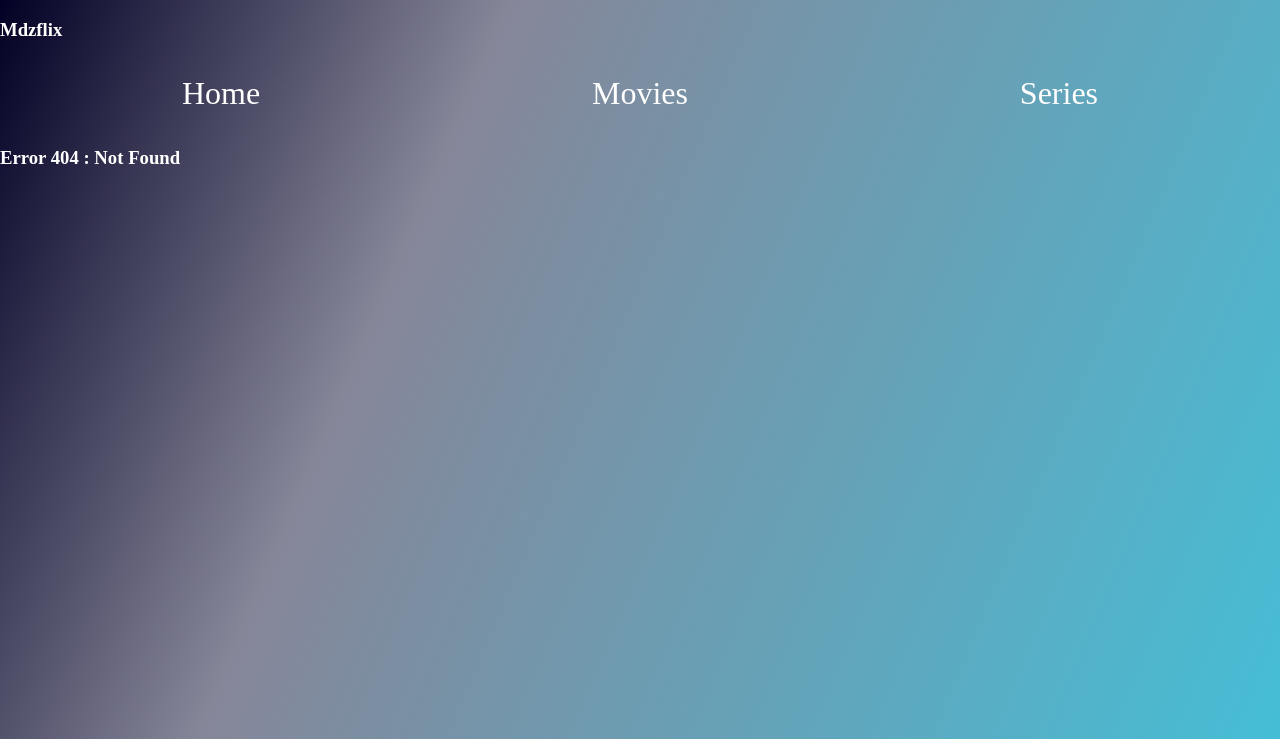
Repository: leo7mdz/app-movies-react
Page: /movies
An editor plug-in stored every save of this project. The page is shown before and after the next save, followed by the edit.
The browser window is 1280 px wide. The pictures show the whole page.
The page's requests for data from a server got no answer. The project was rebuilt for these pictures with package versions that can differ from the ones it lists, and the page was loaded fresh each time. No one was signed in, and anything a server would have sent is missing. Also part of the build but not shown: vite.config.js, src/components/details.module.css, src/pages/Details.jsx, src/components/Card.module.css, src/components/Card.jsx, src/components/GridCard.module.css, src/components/loader.module.css, src/components/Loader.jsx and 7 more.

Above is the page before, as saved 2023-03-13 15:33:20.

### src/App.jsx
import { BrowserRouter, Route, Routes } from "react-router-dom";
import "./app.css";
import NavBar from "./components/NavBar";
import MoviesProvider from "./context/MoviesContext";
import SeriesProvider from "./context/SeriesContext";
import Details from "./pages/Details";
import ErrorPage from "./pages/ErrorPage";
import Home from "./pages/Home";
import Series from "./pages/Series";

function App() {
  return (
    <BrowserRouter>
      <MoviesProvider>
        <SeriesProvider>
          <div className="app">
            <NavBar />

            <Routes>
              <Route path="/" element={<Home types="movie" />} />
              <Route path="/series" element={<Series types="tv" />} />
              <Route path="*" element={<ErrorPage />} />
              <Route path="/details/:type/:id" element={<Details />} />
            </Routes>
          </div>
        </SeriesProvider>
      </MoviesProvider>
    </BrowserRouter>
  );
}

export default App;

### src/index.css
body {
  margin: 0;
  min-height: 100vh;
  color: white;
  background: rgb(2,0,36);
  background: linear-gradient(113deg, rgba(2,0,36,1) 0%, rgba(134,134,153,1) 32%, rgba(69,190,214,1) 100%);
}

a {
  font-weight: 500;
  color: rgb(255,255,255);
  font-size: 2rem;
  text-decoration: none;
  display: block;
}
a:hover {
 transform: scale(1.1);
}
ul{
  display: flex;
  justify-content: space-around;
  list-style: none;
  margin-top: 0;
  margin-bottom: 0;
  padding:1rem;
  font-size: 1.2rem;
}

### src/app.css
.app{
    margin: 0;
    width: 100%;
    min-height: 100%;
}

### src/components/NavBar.jsx
import React from "react";
import { Link } from "react-router-dom";
import style from "./navBar.module.css";

const NavBar = () => {
  return (
    <nav className={style.nav}>
      <h3>Mdzflix</h3>
      <ul>
        <li>
          <Link to="/">Home</Link>
        </li>
        <li>
          <Link to="/movies">Movies</Link>
        </li>
        <li>
          <Link to="/series">Series</Link>
        </li>
      </ul>
    </nav>
  );
};

export default NavBar;

### src/context/MoviesContext.jsx
import { useContext } from "react";
import { createContext } from "react";
import useMoviesSearch from "../hooks/useMoviesSearch";

const MoviesContext = createContext();

export const contextMovies = () => {
  return useContext(MoviesContext);
};

const MoviesProvider = ({ children }) => {
  const { movies, page, totalPage, loading, setPage, error } =
    useMoviesSearch();

  const data = {
    movies,
    page,
    totalPage,
    loading,
    setPage,
    error,
  };

  return (
    <MoviesContext.Provider value={data}>{children}</MoviesContext.Provider>
  );
};

export default MoviesProvider;
//export { MoviesContext };

### src/context/SeriesContext.jsx
import { useContext } from "react";
import { createContext } from "react";

import useSeriesSearch from "../hooks/useSeriesSearch";

const SeriesContext = createContext();

export const contextSeries = () => {
  return useContext(SeriesContext);
};

const SeriesProvider = ({ children }) => {
  const { series, loading, error, page, totalPage, setPage } =
    useSeriesSearch();

  const data = {
    series,
    loading,
    error,
    page,
    totalPage,
    setPage,
  };
  return (
    <SeriesContext.Provider value={data}>{children}</SeriesContext.Provider>
  );
};

export default SeriesProvider;
//export { SeriesContext };

### src/pages/ErrorPage.jsx
import React from "react";

const ErrorPage = () => {
  return (
    <div>
      <h3>Error 404 : Not Found</h3>
    </div>
  );
};

export default ErrorPage;

### src/components/navBar.module.css
.nav{
    background-color: transparent;
}

### src/hooks/useMoviesSearch.js
import { useEffect, useReducer } from "react";
import moviesReducer, { MOVIES_INITIAL_STATE } from "../reducer/moviesReducer";
import MOVIES_ACTIONS from "../utils/movies-actions";
import apiFetch from "../utils/apiFetch";
import { useSearchParams } from "react-router-dom";
import { useDebounce } from "./useDebaunce";

const searchMovies = async (
  endpoint,
  search,
  page,
  startSearch,
  searchSuccess,
  searchError
) => {
  startSearch();

  const { success, data, statusCode } = await apiFetch(endpoint, search, page);

  if (success) {
    return searchSuccess(data.results, data.total_pages);
  }
  return searchError(`Error:${statusCode}`);
};

const useMoviesSearch = () => {
  const [moviesSearch, moviesDispatch] = useReducer(
    moviesReducer,
    MOVIES_INITIAL_STATE
  );

  const [query] = useSearchParams();
  const search = query.get("search");

  const debounce = useDebounce(search, 300);

  const endpoint = search ? "/search/movie" : `/movie/popular`;

  const startSearch = () => {
    moviesDispatch({ type: MOVIES_ACTIONS.START_SEARCH });
  };

  const searchSuccess = (movies, totalPage) => {
    moviesDispatch({
      type: MOVIES_ACTIONS.MOVIES_SEARCH_SUCCESS,
      movies,
      totalPage,
    });
  };

  const searchError = (error) => {
    moviesDispatch({ type: MOVIES_ACTIONS.MOVIES_SEARCH_ERROR, error });
  };

  const setPage = (page) => {
    moviesDispatch({ type: MOVIES_ACTIONS.MOVIES_SETPAGE, page });
  };

  useEffect(() => {
    searchMovies(
      endpoint,
      debounce,
      moviesSearch.page,
      startSearch,
      searchSuccess,
      searchError
    );
  }, [moviesSearch.page, debounce]);

  return {
    ...moviesSearch,
    setPage,
  };
};

export default useMoviesSearch;

### src/hooks/useSeriesSearch.js
import { useEffect } from "react";
import { useReducer } from "react";
import { useSearchParams } from "react-router-dom";
import seriesReducer, { SERIES_INITIAL_STATE } from "../reducer/seriesReducer";
import apiFetch from "../utils/apiFetch";
import SERIES_ACTIONS from "../utils/series-action";
import { useDebounce } from "./useDebaunce";

const searchSeries = async (
  endpoint,
  search,
  page,
  startSearch,
  successSearch,
  errorSearch
) => {
  startSearch();
  const { data, success, statusCode } = await apiFetch(endpoint, search, page);

  if (success) {
    return successSearch(data.results, data.total_pages);
  }
  return errorSearch(`Error : ${statusCode}`);

  //console.log(data);
};

const useSeriesSearch = () => {
  const [seriesSearch, seriesDispatch] = useReducer(
    seriesReducer,
    SERIES_INITIAL_STATE
  );

  const [query] = useSearchParams();
  const search = query.get("search");

  const endpoint = search ? `/search/tv` : `/tv/popular`;

  const debounce = useDebounce(search, 300);

  const startSearch = () => {
    seriesDispatch({ type: SERIES_ACTIONS.START_SEARCH_SERIES });
  };

  const successSearch = (series, totalPage) => {
    seriesDispatch({
      type: SERIES_ACTIONS.SERIES_SEARCH_SUCCESS,
      series,
      totalPage,
    });
  };

  const errorSearch = (error) => {
    seriesDispatch({ type: SERIES_ACTIONS.SERIES_SEARCH_SUCCESS, error });
  };

  const setPage = (page) => {
    seriesDispatch({ type: SERIES_ACTIONS.SERIES_SETPAGE, page });
  };

  useEffect(() => {
    searchSeries(
      endpoint,
      debounce,
      seriesSearch.page,
      startSearch,
      successSearch,
      errorSearch
    );
  }, [seriesSearch.page, debounce]);

  return {
    ...seriesSearch,
    setPage,
  };
};

export default useSeriesSearch;

### src/constants/api.js
export const API_HOST = "https://api.themoviedb.org/3";

export const API_KEY = "3e13254e67f6740db149cb7e98614a79";

export const IMG_PATH = "https://image.tmdb.org/t/p/w300/";

### src/utils/apiFetch.js
import { API_HOST, API_KEY } from "../constants/api.js";

const apiFetch = async (endpoint, search, page = 1) => {
  const urlEndpoint = search
    ? `${API_HOST}${endpoint}?api_key=${API_KEY}&page=${page}&query=${search}`
    : `${API_HOST}${endpoint}?api_key=${API_KEY}&page=${page}`;

  try {
    const res = await fetch(urlEndpoint);

    if (res.ok) {
      const data = await res.json();

      //console.log(data);
      return {
        success: true,
        data,
      };
    }

    return {
      success: false,
      statusCode: res.status,
    };
  } catch (error) {
    return {
      success: false,
      code: 500,
    };
  }
};

export default apiFetch;

### src/reducer/moviesReducer.js
import MOVIES_ACTIONS from "../utils/movies-actions";

const MOVIES_INITIAL_STATE = {
  movies: "",
  loading: false,
  error: undefined,
  page: 1,
  totalPages: 1,
};

const moviesReducer = (state, action) => {
  switch (action.type) {
    case MOVIES_ACTIONS.START_SEARCH: {
      return {
        ...state,
        loading: true,
      };
    }
    case MOVIES_ACTIONS.MOVIES_SEARCH_SUCCESS: {
      return {
        ...state,
        movies: action.movies,
        loading: false,
        totalPage: action.totalPage,
      };
    }
    case MOVIES_ACTIONS.MOVIES_SEARCH_ERROR: {
      return {
        ...state,
        error: action.error,
      };
    }
    case MOVIES_ACTIONS.MOVIES_SETPAGE: {
      return {
        ...state,
        page: action.page,
      };
    }
    default:
      return state;
  }
};

export { MOVIES_INITIAL_STATE };
export default moviesReducer;

### src/utils/movies-actions.js
const MOVIES_ACTIONS = {
  START_SEARCH: 0,
  MOVIES_SEARCH_SUCCESS: 1,
  MOVIES_SEARCH_ERROR: 2,
  MOVIES_SETPAGE: 3,
};

export default MOVIES_ACTIONS;

### src/hooks/useDebaunce.js
import { useEffect, useState } from "react";

export function useDebounce(value, delay) {
  // State and setters for debounced value
  const [debouncedValue, setDebouncedValue] = useState(value);
  useEffect(
    () => {
      // Update debounced value after delay
      const handler = setTimeout(() => {
        setDebouncedValue(value);
      }, delay);
      // Cancel the timeout if value changes (also on delay change or unmount)
      // This is how we prevent debounced value from updating if value is changed ...
      // .. within the delay period. Timeout gets cleared and restarted.
      return () => {
        clearTimeout(handler);
      };
    },
    [value, delay] // Only re-call effect if value or delay changes
  );
  return debouncedValue;
}

### src/reducer/seriesReducer.js
import SERIES_ACTIONS from "../utils/series-action";

const SERIES_INITIAL_STATE = {
  series: undefined,
  loading: false,
  error: null,
  page: 1,
  totalPage: 1,
};

const seriesReducer = (state, action) => {
  switch (action.type) {
    case SERIES_ACTIONS.START_SEARCH_SERIES: {
      return {
        ...state,
        loading: true,
      };
    }
    case SERIES_ACTIONS.SERIES_SEARCH_SUCCESS: {
      return {
        ...state,
        series: action.series,
        loading: false,
        totalPage: action.totalPage,
      };
    }
    case SERIES_ACTIONS.SERIES_SEARCH_ERROR: {
      return {
        ...state,
        error: action.error,
        loading: false,
      };
    }
    case SERIES_ACTIONS.SERIES_SETPAGE: {
      return {
        ...state,
        page: action.page,
      };
    }
    default:
      return state;
  }
};

export { SERIES_INITIAL_STATE };
export default seriesReducer;

### src/utils/series-action.js
const SERIES_ACTIONS = {
  START_SEARCH_SERIES: 0,
  SERIES_SEARCH_SUCCESS: 1,
  SERIES_SEARCH_ERROR: 2,
  SERIES_SETPAGE: 3,
};

export default SERIES_ACTIONS;

Loaded but not shown: index.html (common file); src/main.jsx (common file)

After the next save:
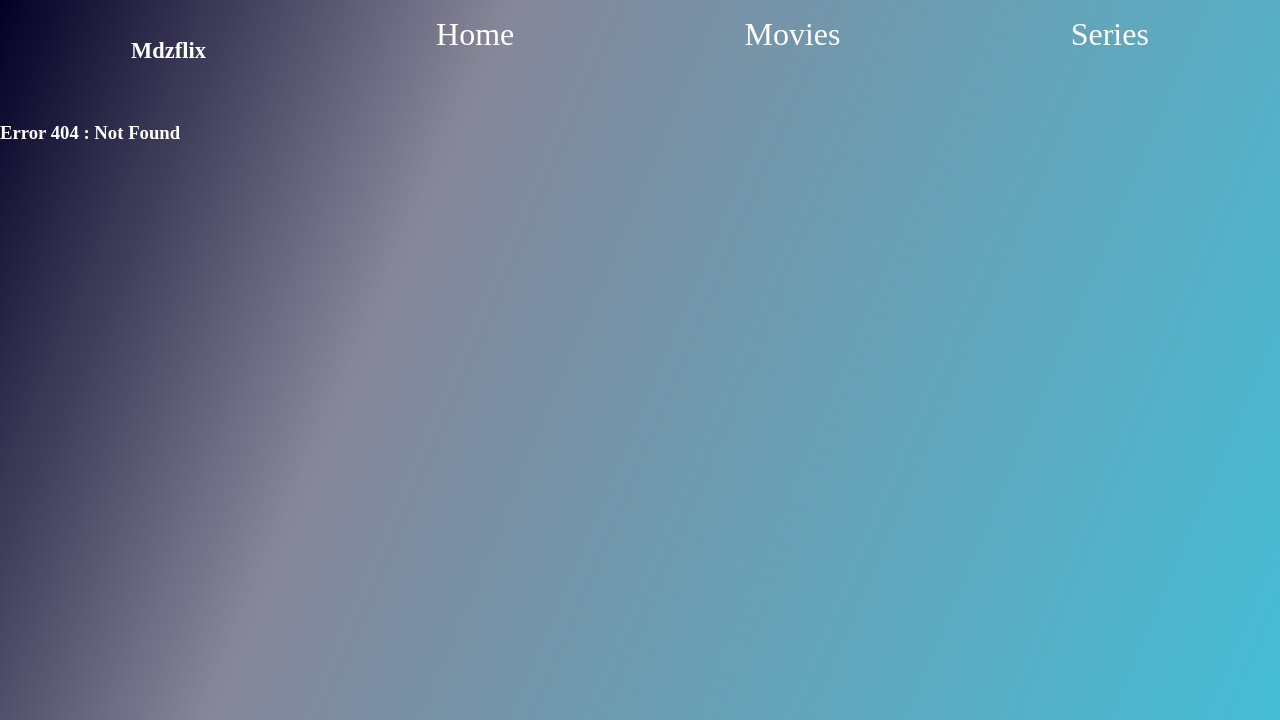
Saved 8 s later.
--- a/src/components/NavBar.jsx
+++ b/src/components/NavBar.jsx
@@ -5,8 +5,8 @@
 const NavBar = () => {
   return (
     <nav className={style.nav}>
-      <h3>Mdzflix</h3>
       <ul>
+        <h3>Mdzflix</h3>
         <li>
           <Link to="/">Home</Link>
         </li>
